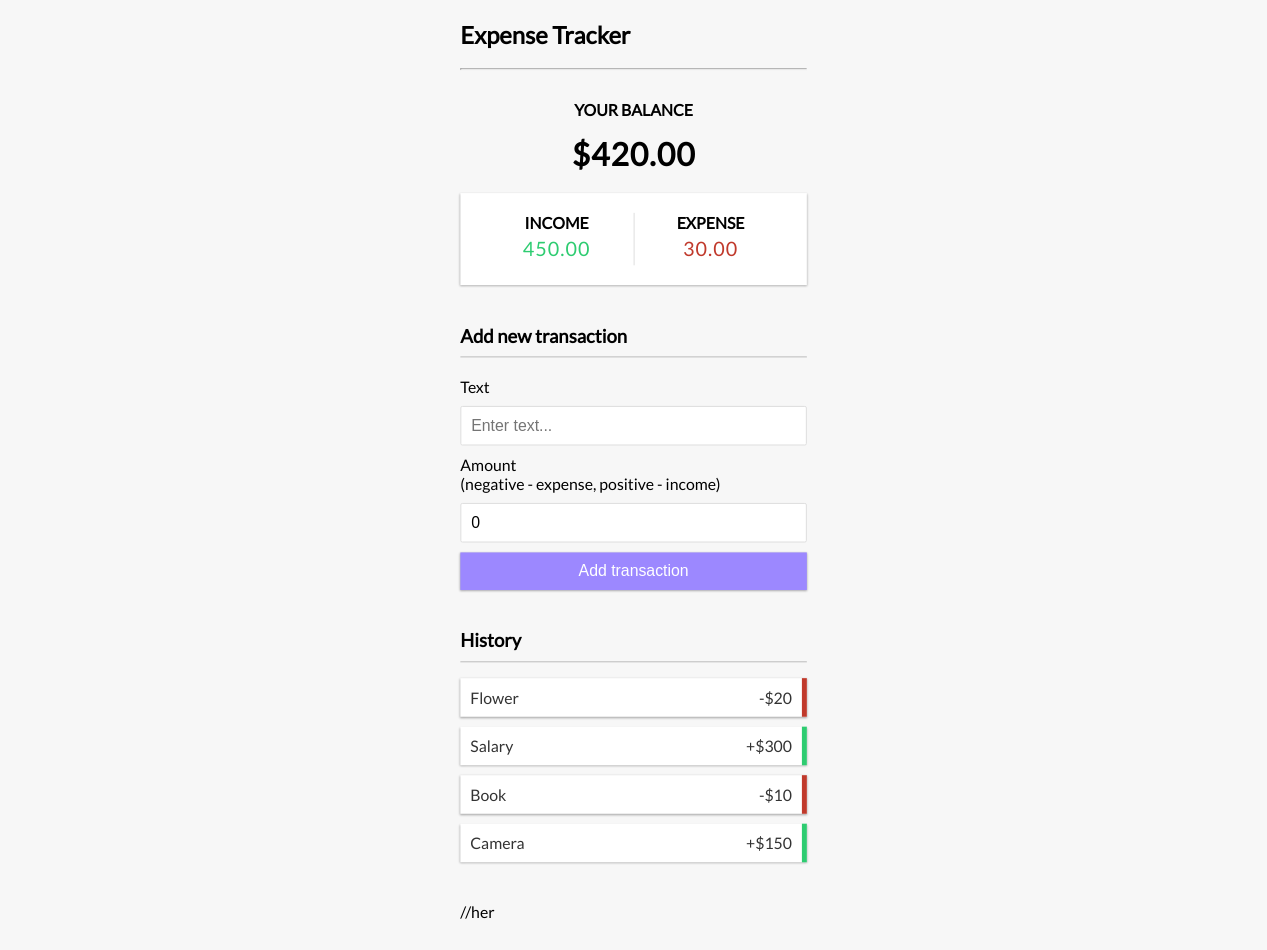
Repository: halilgoksu/js-react-expence-tracker
Page: /
An editor plug-in stored every save of this project. The page is shown before and after a run of saves, followed by the edit.
The browser window is 1280 px wide. The pictures show the whole page, at 99% of full size.
The project was rebuilt for these pictures with package versions that can differ from the ones it lists, and the page was loaded fresh each time.

Above is the page before, as saved 2023-01-02 14:32:34.

### src/App.js
import './App.css';
import {AddTransaction} from './components/AddTransaction';
import {Balance} from './components/Balance';
import {Header} from './components/Header';
import {IncomeExpenses} from './components/IncomeExpenses';
import {TransactionList} from './components/TransactionList';

import { GlobalProvider } from './context/GlobalState';

//if app crash go dont export default//

function App() {
  return (
    <GlobalProvider>
    <Header />
    <hr></hr>
    <div className='container'>
      <Balance />
      <IncomeExpenses />
      <AddTransaction />
      <TransactionList />
    </div>
    </GlobalProvider>
  );
}

export default App;

### src/App.css
@import url("https://fonts.googleapis.com/css?family=Lato&display=swap");

:root {
  --box-shadow: 0 1px 3px rgba(0, 0, 0, 0.12), 0 1px 2px rgba(0, 0, 0, 0.24);
}

* {
  box-sizing: border-box;
}

body {
  background-color: #f7f7f7;
  display: flex;
  flex-direction: column;
  align-items: center;
  justify-content: center;
  min-height: 100vh;
  margin: 0;
  font-family: "Lato", sans-serif;
}

.container {
  margin: 30px auto;
  width: 350px;
}

h1 {
  letter-spacing: 1px;
  margin: 0;
}

h3 {
  border-bottom: 1px solid #bbb;
  padding-bottom: 10px;
  margin: 40px 0 10px;
}

h4 {
  margin: 0;
  text-transform: uppercase;
}

.inc-exp-container {
  background-color: #fff;
  box-shadow: var(--box-shadow);
  padding: 20px;
  display: flex;
  justify-content: space-between;
  margin: 20px 0;
}

.inc-exp-container > div {
  flex: 1;
  text-align: center;
}

.inc-exp-container > div:first-of-type {
  border-right: 1px solid #dedede;
}

.money {
  font-size: 20px;
  letter-spacing: 1px;
  margin: 5px 0;
}

.money.plus {
  color: #2ecc71;
}

.money.minus {
  color: #c0392b;
}

label {
  display: inline-block;
  margin: 10px 0;
}

input[type="text"],
input[type="number"] {
  border: 1px solid #dedede;
  border-radius: 2px;
  display: block;
  font-size: 16px;
  padding: 10px;
  width: 100%;
}

.btn {
  cursor: pointer;
  background-color: #9c88ff;
  box-shadow: var(--box-shadow);
  color: #fff;
  border: 0;
  display: block;
  font-size: 16px;
  margin: 10px 0 30px;
  padding: 10px;
  width: 100%;
}

.btn:focus,
.delete-btn:focus {
  outline: 0;
}

.list {
  list-style-type: none;
  padding: 0;
  margin-bottom: 40px;
}

.list li {
  background-color: #fff;
  box-shadow: var(--box-shadow);
  color: #333;
  display: flex;
  justify-content: space-between;
  position: relative;
  padding: 10px;
  margin: 10px 0;
}

.list li.plus {
  border-right: 5px solid #2ecc71;
}

.list li.minus {
  border-right: 5px solid #c0392b;
}

.delete-btn {
  cursor: pointer;
  background-color: #e74c3c;
  border: 0;
  color: #fff;
  font-size: 20px;
  line-height: 20px;
  padding: 2px 5px;
  position: absolute;
  top: 50%;
  left: 0;
  transform: translate(-100%, -50%);
  opacity: 0;
  transition: opacity 0.3s ease;
}

.list li:hover .delete-btn {
  opacity: 1;
}

.balance{
  display: flex;
  flex-direction: column;
  justify-content: center;
  text-align: center;
  align-items: center;
  gap: 1rem;

}

### src/components/AddTransaction.js
import React, { useState, useContext } from "react";
import { GlobalContext } from "../context/GlobalState";

export const  AddTransaction = () => {
  const [text, setText] = useState('');
  //elinde bos bir state , ve onu icini doldurmayi beklyen baska bir state var
  //input text alani icin

  const [amount, setAmount] = useState(0);
  //baslagic degeri 0 olan degismeyi bekleyen bir amount kardesimiz var
  //input number alani icin


  const { addTransaction } = useContext(GlobalContext);
  //borudan addTansaction kardesimzi transfer ettik
  //bu bir function
  //burda girdimiz verilelerden yeni bir transaction karti olusturmak icin kullaniriz
  //


  const onSubmit = (e) => {
    e.preventDefault();
    const newTransaction = {
      id: Math.floor(Math.random() * 100000000),
      text,
      amount:+amount
    };
    addTransaction(newTransaction);
    //olusturdugumuz yeni elemaini borudan addTransaction fonk gonderdik
    //GlobalStatin icinde olur kendileri


    setText('');
    setAmount(0);
  };
  //Form da bulunan butuna tikarsak onSubmit fonk calisir
  //otamatik id si olan, texti ve amountu formdaki input alanindan alan bir eleman olsuturduk
  //adina da newTransaction koyduk
  //bu elemani alip addTransaction(newTransaction) un icine at, o halleder



  return (
    <>
      <h3>Add new transaction</h3>
      <form onSubmit={onSubmit}>
        <div className="form-control">
          <label htmlFor="text">Text</label>
          <input
            type="text"
            value={text}
            onChange={(e) => setText(e.target.value)}
            //texti inputa girecigimiz value ile set eder
            placeholder="Enter text..."
          />
        </div>
        <div className="form-control">
          <label htmlFor="amount">
            Amount <br />
            (negative - expense, positive - income)
          </label>
          <input
            type="number"
            value={amount}
            onChange={(e) => setAmount(e.target.value)}
            //diger input area girdigimiz numara ile set edilecek
            placeholder="Enter amount..."
          />
        </div>
        <button className="btn">Add transaction</button>
      </form>
    </>
  );
};

### src/components/Balance.js
import React, { useContext } from 'react';
import { GlobalContext } from '../context/GlobalState';

export const  Balance = () => {
  const {transactions} =useContext(GlobalContext);
  //useContext borusundan transaction muzu aldik . yani; [datamiz]

  const amounts = transactions.map(transaction => transaction.amount);
  //amounts : datamizda bulunan butun paralar
  //gelen objenin icinde amounlari hepsini aldik

  const total = amounts.reduce((acc, item) => (acc += item), 0).toFixed(2);
  //total : masraflar ve olan parayi hesaplar
  //aldigimiz amounlarin hepsini toplayip total denilen bir sonc bulduk
  //reduce(acc,item), butun elemanalri toplamimiza yarayan eleman



  return (
    <div className='balance'>
      <h4>Your Balance</h4>
      <h1>${total}</h1>
    </div>
  )
}

### src/components/Header.js
import React from "react";

export const Header = () => {
  return <h2>Expense Tracker</h2>;
};
//O sadece bir header bro

### src/components/IncomeExpenses.js
import React,{ useContext } from "react";
import { GlobalContext } from "../context/GlobalState";

export const  IncomeExpenses = () => {
  const { transactions } = useContext(GlobalContext);
  //borudan transactions datamizi(obje) alidik

  const amounts = transactions.map((transaction) => transaction.amount);
  //adlgimzi datinin icinindeki butun amounlari getirdik
  //console.log(amounts) //(4) [-20, 300, -10, 150]

  const income = amounts.filter((item) => item > 0).reduce((acc, item) => (acc += item), 0)
    .toFixed(2);
    //sadece atida olanari toplayarak incom i bulur

  const expense = (
    amounts.filter((item) => item < 0).reduce((acc, item) => (acc += item), 0) *
    -1
  ).toFixed(2);
  //ekisideki degerleri topayarak expence i bulur


  return (
    <div className="inc-exp-container">
      <div>
        <h4>Income</h4>
        <p className="money plus">
          {income}
        </p>
      </div>
      <div>
        <h4>Expense</h4>
        <p className="money minus">
          {expense}
        </p>
      </div>
    </div>
    //ekrana toplam expence ve income u hesplayip yazar

  );
};

### src/components/TransactionList.js
import React, { useContext } from "react";
import {Transaction} from "./Transaction";
import { GlobalContext } from "../context/GlobalState";

export const  TransactionList = () => {
  const { transactions } = useContext(GlobalContext);
  return (
    <>
      <h3>History</h3>
      <ul className="list">
        {transactions.map((transaction) =>
        (<Transaction key={transaction.id} transaction={transaction} />))}
      </ul>
      //her
    </>
  );
};

### src/context/GlobalState.js
import React, { createContext, useReducer,useEffect } from "react";
import AppReducer from "./AppReducer";

//Initial State

const initialState = {
  transactions: [
    { id: 1, text: "Flower", amount: -20 },
    { id: 2, text: "Salary", amount: 300 },
    { id: 3, text: "Book", amount: -10 },
    { id: 4, text: "Camera", amount: 150 },
  ]
}
//elimizde olan datamiz , burdaki verileri tek tek borudan gonderip
//UI daki kaliba yerlestiriyoruz
//buradki data default datadir , eger ekleme yada cikarma yaparsak buraya yansimaz
//UI da olan orda kalir , yenileme yaptigin zaman data gider
//icini bos birkirsan [] bos array olur , default bos olur



//Create context
export const GlobalContext = createContext(initialState);
//borunun adini globalContext yaptik


//Provider component
export const GlobalProvider = ({ children }) => {
  //children alt butun componanatleri ifade eder


  const [state, dispatch] = useReducer(AppReducer,initialState )
  //state elimize olan arryimiz, data , bos yada dolu fark etmez
  //initialState ile state ayni seyi ifade eder
  //bu datayi dispatch type  ile degistircegiz, ki o da AppReducer dan gelir

  useEffect(() => {
    //console.log(initialState);
  })


  //Actions
  function deleteTransaction(id){
    dispatch({
        type: 'DELETE_TRANSACTION',
        payload:id
    });
    //Transaction.js den geliyorum
    //UI da transaction un yanindaki kirmiz x butonuna tiklaridgimz zaman
    //fonkisyon deleteTransactionun(icine) id yi atar
    //Context borusunda buraya godnerir
    //dispatc AppReducer derki paralo DELETE id is ahanda bu
    //isini yap der

  }


  function addTransaction(transaction){
    dispatch({
        type: 'ADD_TRANSACTION',
        payload:transaction
    });
  }
  //AddTransaction un ordan geliyorum , sana yeni bir eleman getirdim
  //id si text i her seyi var
  //vatandaslik ister kendileri
  //AppReducer abimiz halleder o isi


  return (
    <GlobalContext.Provider value={{
        transactions: state.transactions,
        deleteTransaction,
        addTransaction
        }}>
      {children}
    </GlobalContext.Provider>

    //It will provide all state an action with other components

  );
};

### src/components/Transaction.js
import React, { useContext } from "react";
import { GlobalContext } from "../context/GlobalState";

export const  Transaction = ({ transaction }) => {
  const { deleteTransaction } = useContext(GlobalContext);
  //Context brousunda gelen deleteTransaction elemanini al ve kullan

  const sign = transaction.amount < 0 ? "-" : "+";

  return (
    <li className={transaction.amount < 0 ? "minus" : "plus"}>
      {/* //eger amount eksi ise red , ati ise yesil , amount a gore className */}

      {transaction.text}
      {/* input da text alanina girdigimiz text */}

      <span>
        {sign}${Math.abs(transaction.amount)}
      </span>

      <button
        className="delete-btn"
        onClick={() => deleteTransaction(transaction.id)}
      >
        x
      </button>
      {/*
      //delete e bastigimiz zaman . fonskiyon tikladigimiz elemanin id sini alip gider
      //gider der ki bu adam i burdan sitir edisin yeniye, kimligini kafasina kayder
      //Context borusundan idyi deleteTransaction a gonderir
      //ki o da GlolbalState in icindedir
      */}
    </li>
  );
};

### src/context/AppReducer.js
//gelen key word gore action yap

// eslint-disable-next-line import/no-anonymous-default-export
export default (state, action) => {
  switch (action.type) {
    case 'DELETE_TRANSACTION':
      return {
        ...state,
        transactions: state.transactions.filter( transaction => transaction.id !==
          action.payload)
      }

      //GlobalState den geln key word ve beraberinde getirdigi id ile
      //yeni state i gunceller
      //listeye bakan hig ismini goremeince siktir olup gider
      //ama Donusu MUHTESEM olacaktik (finger :)


    case 'ADD_TRANSACTION':
      return {
        ...state,
        transactions:[action.payload, ...state.transactions]
      };
      //GlobalState den gliyourum
      //getirmis oldugmuz elemani alip


    default:
      return state;
  }
};

Loaded but not shown: src/index.js (common file)

After the next 2 saves:
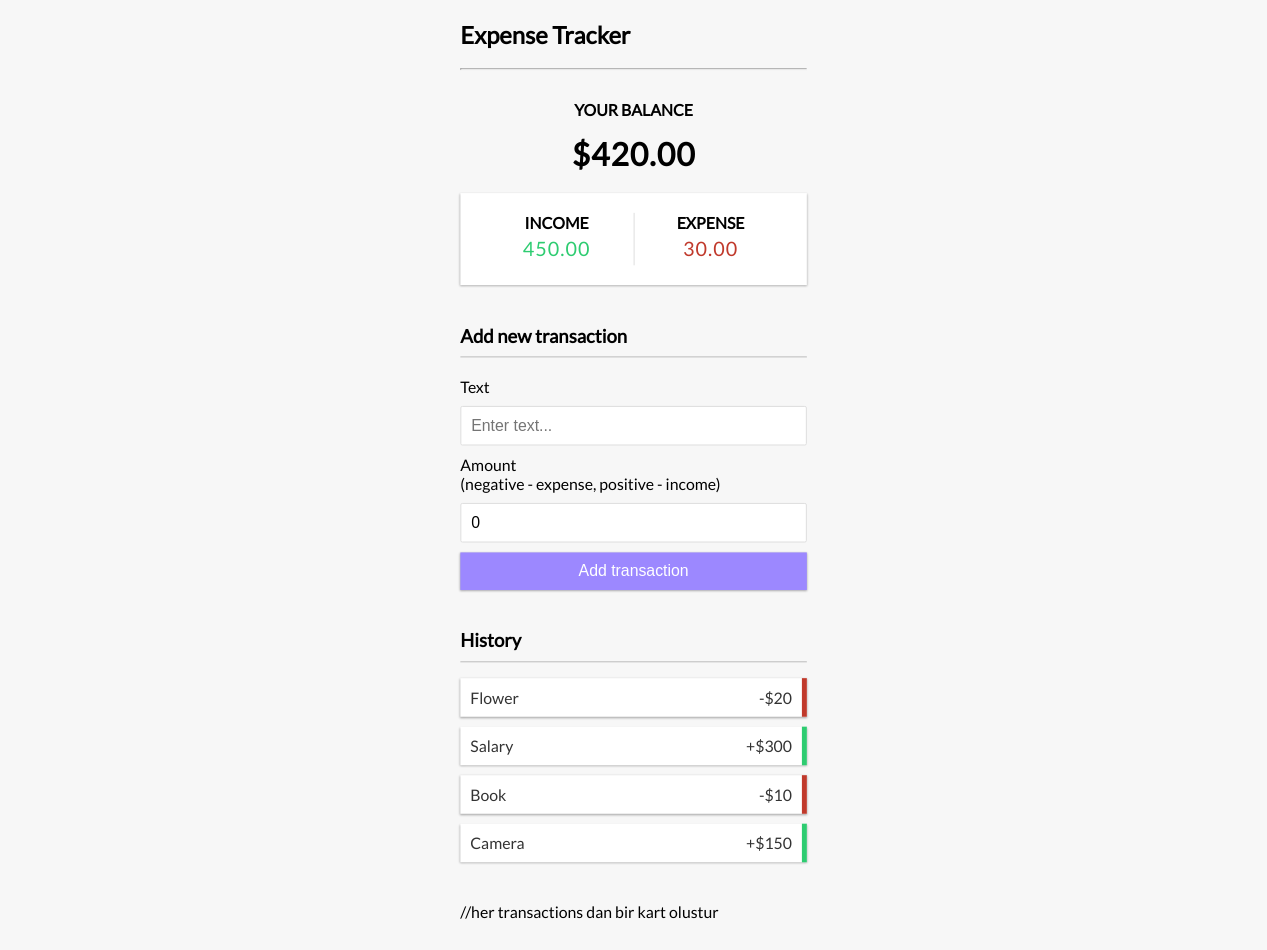
The 2 saves are shown as one change because they came seconds apart.
The last was saved 14 s later.
--- a/src/components/TransactionList.js
+++ b/src/components/TransactionList.js
@@ -11,7 +11,7 @@ export const  TransactionList = () => {
         {transactions.map((transaction) =>
         (<Transaction key={transaction.id} transaction={transaction} />))}
       </ul>
-      //her
+      //her transactions dan bir kart olustur
     </>
   );
 };
